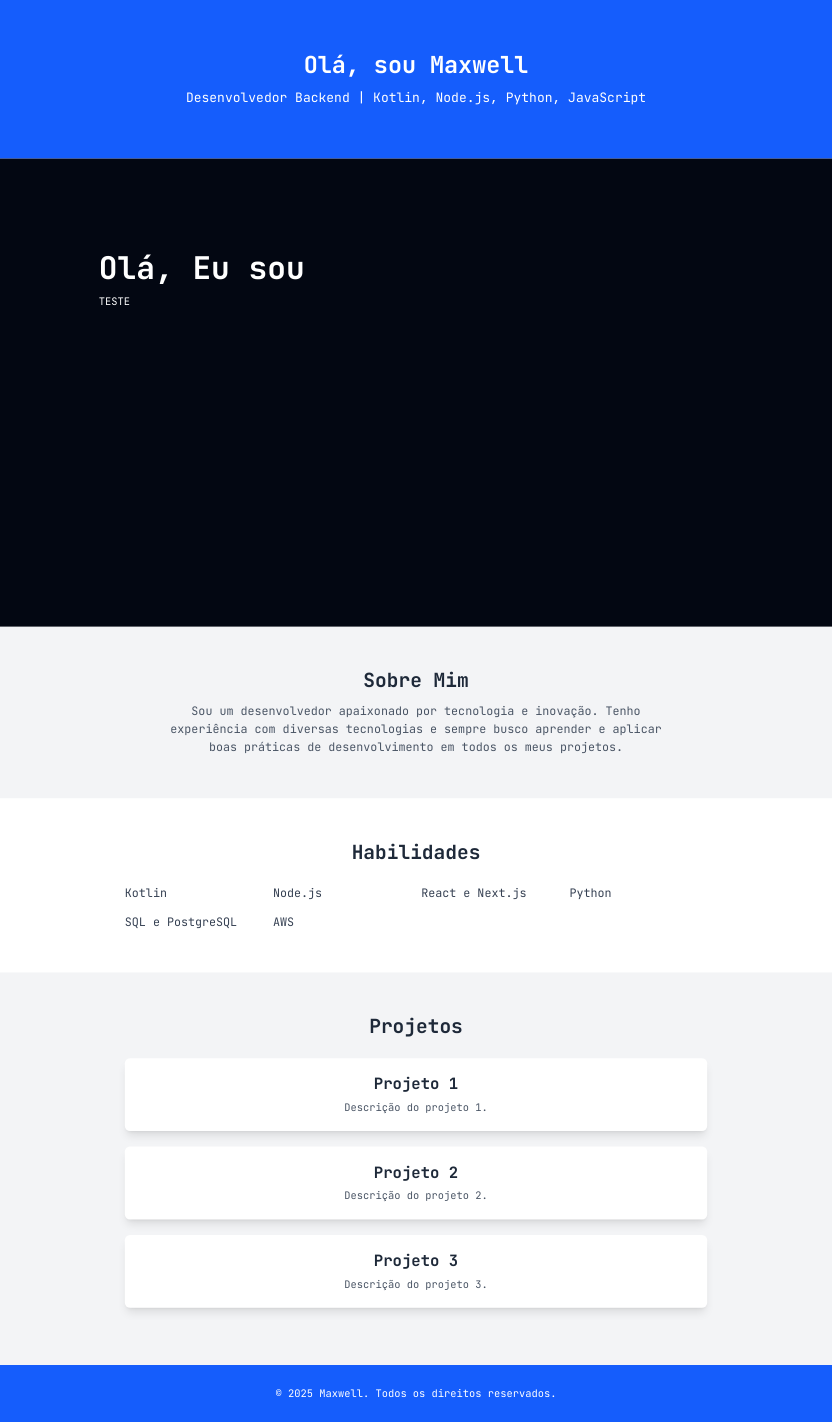
Repository: maxwelllbarboza/pagina-pessoal
Page: /
An editor plug-in stored every save of this project. The page is shown before and after the next save, followed by the edit.
The browser window is 1280 px wide. The pictures show the whole page, at 65% of full size.
The project was rebuilt for these pictures with package versions that can differ from the ones it lists, and the page was loaded fresh each time. The framework's server and built-in components were replaced by stand-ins that run in the browser. Also part of the build but not shown: next.config.mjs, next.config.ts.

Above is the page before, as saved 2025-02-27 11:05:22.

After the next save:
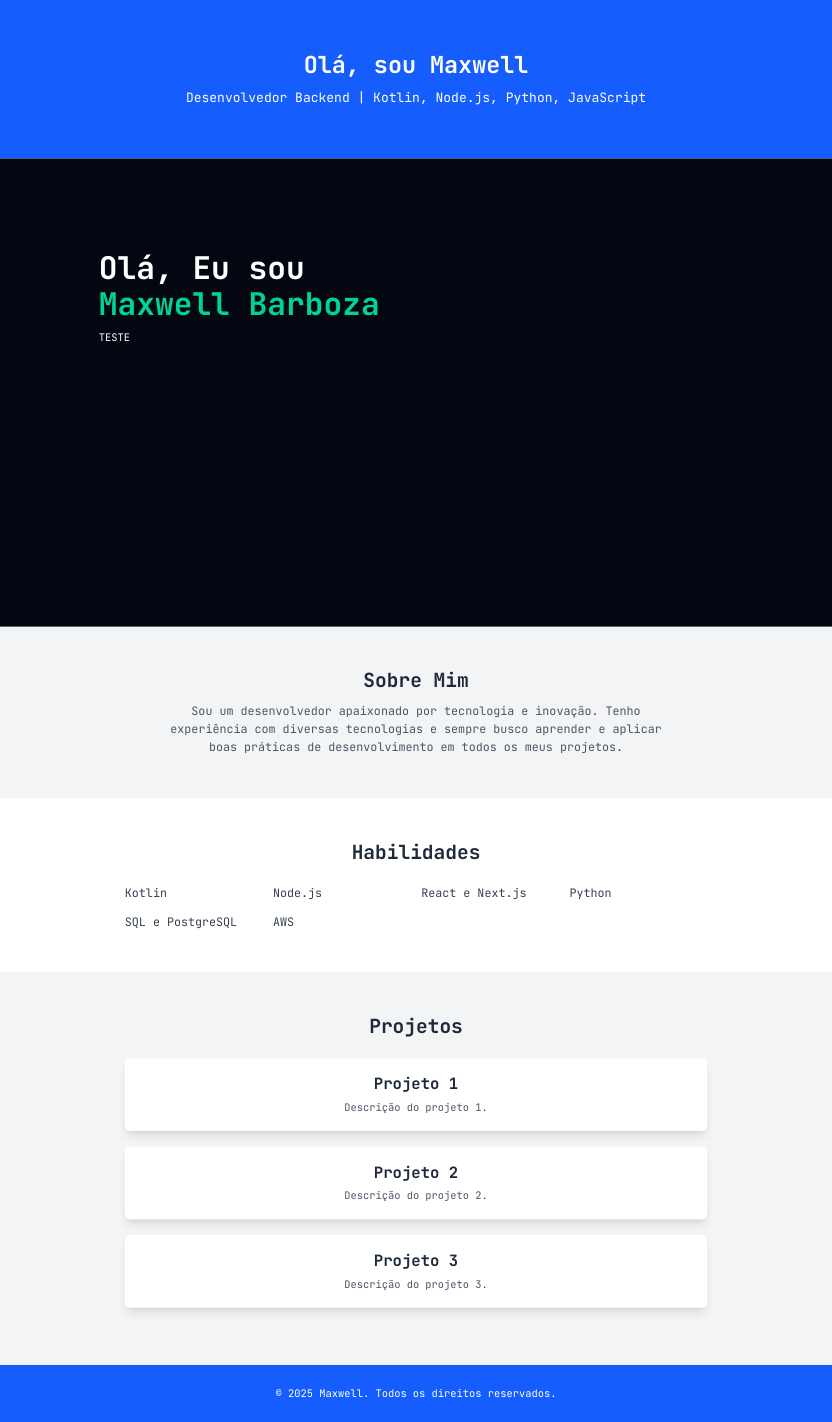
Saved 9 s later.
--- a/src/components/sobremim/SobreMim.tsx
+++ b/src/components/sobremim/SobreMim.tsx
@@ -15,7 +15,7 @@
                         <span className="text-gray-400 mb-4 block text lg:text-left"></span>
                         <h1 className="text-5xl font-bold mb-4 text-center lg:text-left">
                             Olá, Eu sou
-                            <span className="block text-emerald-400 mt-2"></span>
+                            <span className="block text-emerald-400 mt-2">Maxwell Barboza</span>
                         </h1>
                         TESTE
                     </motion.div>
